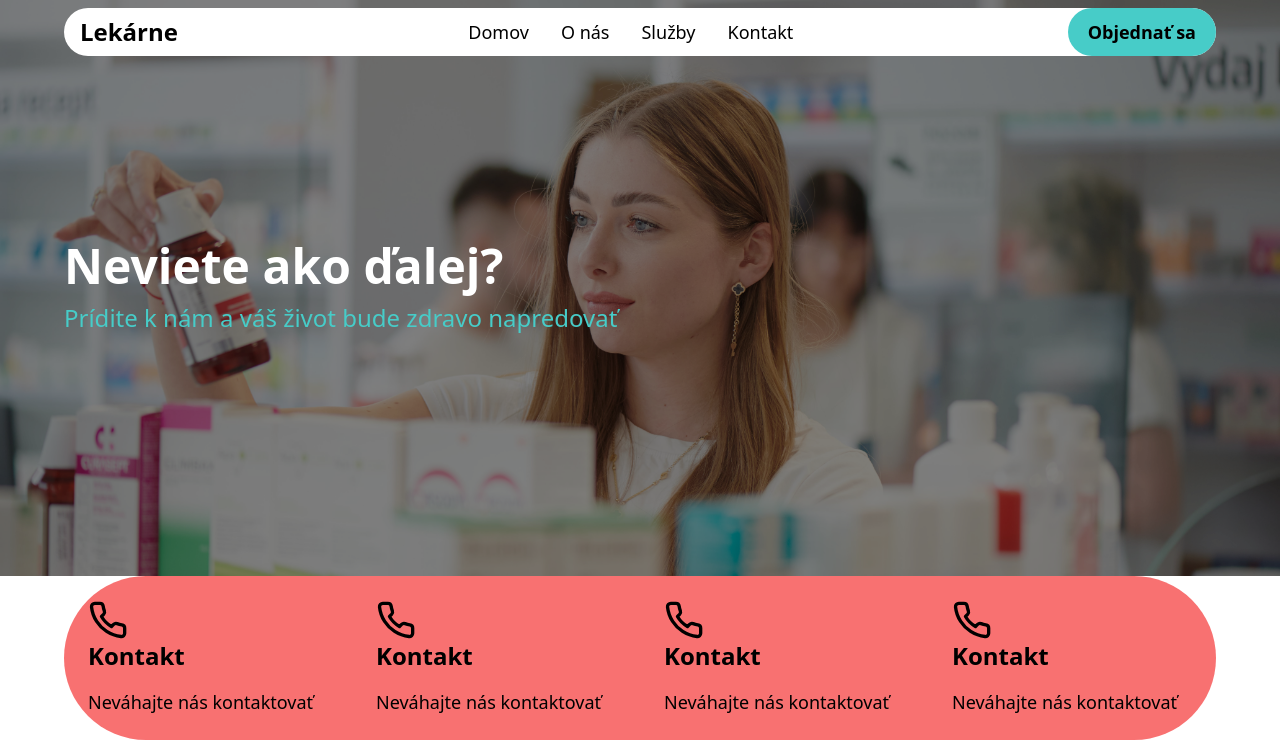
Repository: SimonSkoda13/Lekaren
Page: /
The author's editor kept a copy of each file at every save. The page is drawn from the files as they stood at one save, then again after the next save.
The browser window is 1280 px wide. The pictures show the whole page.
The project was rebuilt for these pictures with package versions that can differ from the ones it lists, and the page was loaded fresh each time. The framework's server and built-in components were replaced by stand-ins that run in the browser. Also part of the build but not shown: next.config.js.

Above is the page before, as saved 2023-04-22 17:41:21.

### src/app/layout.tsx
import { Header } from "./components/Header/Header";
import "./globals.css";
import { Poppins } from "next/font/google";

export const metadata = {
  title: "Create Next App",
  description: "Generated by create next app",
};

export default function RootLayout({
  children,
}: {
  children: React.ReactNode;
}) {
  return (
    <html lang="en">
      <body className="bg-white min-h-[100vh]">
        <Header />
        <main>{children}</main>
        <footer></footer>
      </body>
    </html>
  );
}

### src/app/page.tsx
import Image from "next/image";
import { Inter } from "next/font/google";
import { HomeHero } from "./components/HomeHero/HomeHero";
import { Contact } from "./components/Contact/Contact";

const inter = Inter({ subsets: ["latin"] });

// page with

export default function Home() {
  return (
    <>
      <HomeHero
        title={"Neviete ako ďalej?"}
        image={"/homeBanner.jpg"}
        description={"Prídite k nám a váš život bude zdravo napredovať"}
      />
      <Contact
        items={[
          {
            title: "Kontakt",
            description: "Neváhajte nás kontaktovať",
            icon: "/contactIcon.svg",
          },
          {
            title: "Kontakt",
            description: "Neváhajte nás kontaktovať",
            icon: "/contactIcon.svg",
          },
          {
            title: "Kontakt",
            description: "Neváhajte nás kontaktovať",
            icon: "/contactIcon.svg",
          },
          {
            title: "Kontakt",
            description: "Neváhajte nás kontaktovať",
            icon: "/contactIcon.svg",
          },
        ]}
      />
    </>
  );
}

### src/app/components/Header/Header.tsx
import Link from "next/link";
import React from "react";

export interface HeaderProps {}

export const Header = (props: HeaderProps) => {
  const {} = props;
  return (
    <header className="cntn fixed w-full top-2 z-10">
      <div className="flex bg-white rounded-full">
        <h1 className="py-2 px-4 text-2xl font-bold">Lekárne</h1>
        <div className="py-2 px-4 flex gap-8 items-center mx-auto text-lg font-medium">
          <Link href="/">Domov</Link>
          <Link href="/onas">O nás</Link>
          <Link href="/sluzby">Služby</Link>
          <Link href="/kontakt">Kontakt</Link>
        </div>
        {/* button order self */}
        <div className="flex justify-center items-center px-5 p-0 bg-primary rounded-full text-lg font-bold">
          <Link href="/order">Objednať sa</Link>
        </div>
      </div>
    </header>
  );
};

### src/app/globals.css
@tailwind base;
@tailwind components;
@tailwind utilities;

@layer components {
  .cntn {
    @apply mx-auto px-4  max-w-screen-xl md:px-16;
  }
}

### src/app/components/HomeHero/HomeHero.tsx
import Image from "next/image";
import React from "react";
import { ImageGradient } from "./ImageGradient/ImageGradient";

export interface HomeHeroProps {
  title: string;
  image: string;
  description: string;
}

export const HomeHero = (props: HomeHeroProps) => {
  const { title, image, description } = props;
  return (
    <section className="relative h-[80vh] z-0 px-0">
      <div className="w-full h-full absolute left-0 top-0 ">
        {/* make filter for image to odd brightness from top biggest to bottom lowest */}
        <ImageGradient>
          <Image
            src={image}
            alt="Next.js logo"
            fill
            style={{
              objectFit: "cover",
              objectPosition: "center",
            }}
          />
        </ImageGradient>
      </div>
      <div className="cntn relative gap-3 h-full flex justify-center flex-wrap flex-col z-10">
        <h1 className="text-5xl font-bold text-white">{title}</h1>
        <p className="text-2xl text-primary">{description}</p>
      </div>
    </section>
  );
};

### src/app/components/Contact/Contact.tsx
import { Phone } from "lucide-react";
import Image from "next/image";
import React from "react";

export interface ContactProps {
  items?: {
    title: string;
    description: string;
    icon: string;
  }[];
}

export const Contact = (props: ContactProps) => {
  const { items } = props;
  return (
    <section className="cntn z-10 relative ">
      <div className="w-full top-[-2rem] grid grid-cols-2 md:grid-cols-4 items-start bg-red-400 rounded-full">
        {items?.map((item) => (
          <div className="flex flex-col items-start gap-4 p-6">
            {/* <Image
            src={item.icon}
            alt={"contactIcon" + item.title}
            width={100}
            height={100}
          /> */}
            <div>
              <Phone size={40} />
              <h2 className="text-2xl font-bold">{item.title}</h2>
            </div>
            <p className="text-lg font-medium">{item.description}</p>
          </div>
        ))}
      </div>
    </section>
  );
};

### src/app/components/HomeHero/ImageGradient/ImageGradient.tsx
import React from "react";

export interface ImageGradientProps {
  children: React.ReactNode;
}

export const ImageGradient = (props: ImageGradientProps) => {
  const { children } = props;
  return (
    <div className="relative w-full h-full brightness-50 overflow-hidden z-10">
      <div className="absolute inset-0 z-10"></div>
      {children}
    </div>
  );
};

### tailwind.config.js
/** @type {import('tailwindcss').Config} */
module.exports = {
  content: [
    "./src/pages/**/*.{js,ts,jsx,tsx,mdx}",
    "./src/components/**/*.{js,ts,jsx,tsx,mdx}",
    "./src/app/**/*.{js,ts,jsx,tsx,mdx}",
  ],
  theme: {
    extend: {
      colors: {
        primary: "#47CCC8",
        secondary: "#2D3663",
      },
    },
  },
  plugins: [],
};

After the next save:
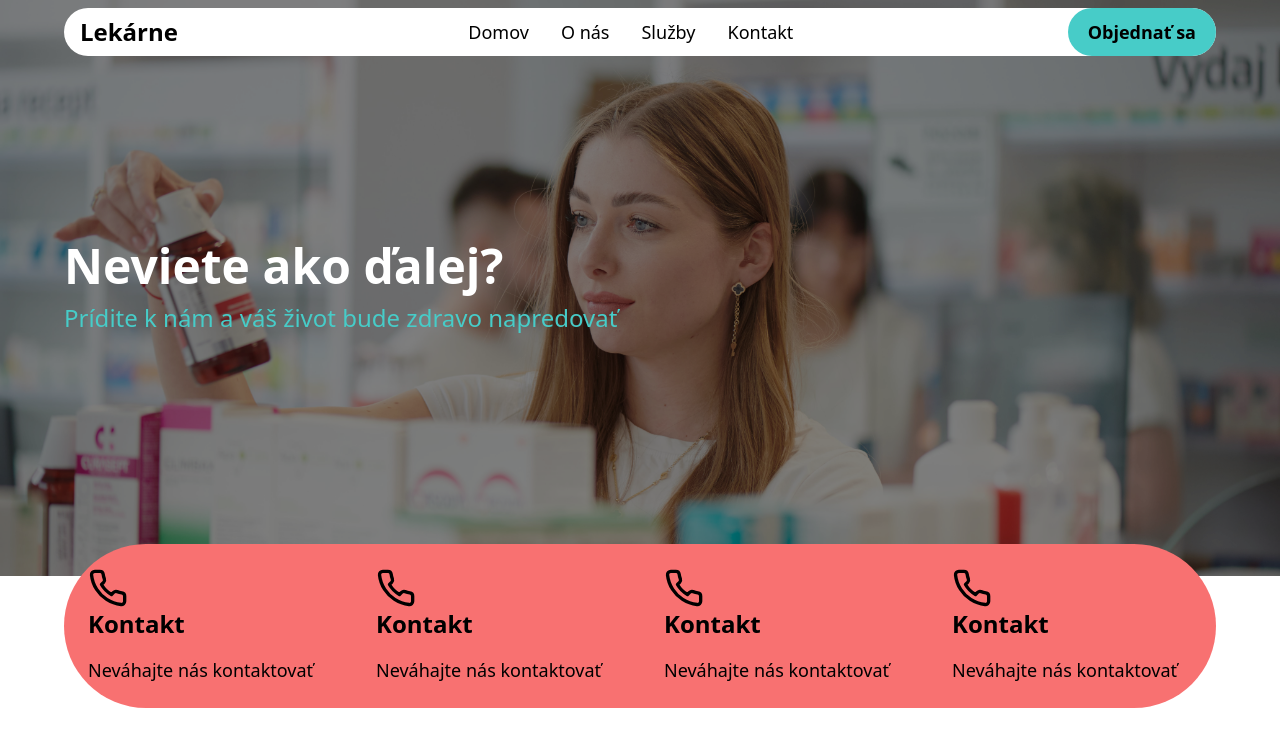
Saved 8 s later.
--- a/src/app/components/Contact/Contact.tsx
+++ b/src/app/components/Contact/Contact.tsx
@@ -13,8 +13,8 @@ export interface ContactProps {
 export const Contact = (props: ContactProps) => {
   const { items } = props;
   return (
-    <section className="cntn z-10 relative ">
-      <div className="w-full top-[-2rem] grid grid-cols-2 md:grid-cols-4 items-start bg-red-400 rounded-full">
+    <section className="cntn z-10 relative top-[-2rem]">
+      <div className="w-full  grid grid-cols-2 md:grid-cols-4 items-start bg-red-400 rounded-full">
         {items?.map((item) => (
           <div className="flex flex-col items-start gap-4 p-6">
             {/* <Image
